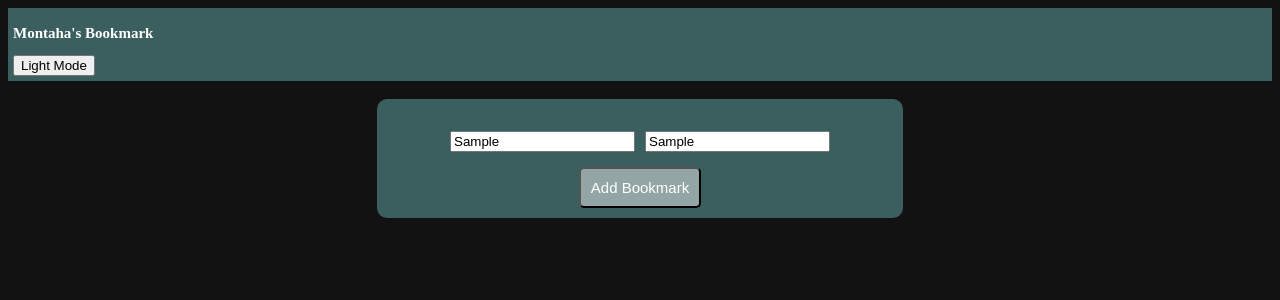
Repository: eidimontaha18-maker/finalproject
Page: index.html
These files come from the project's save history. The page is drawn as it stood at one moment and after the next save; the edit follows.
The browser window is 1280 px wide. The pictures show the whole page.
Empty fields were first filled with sample values (such as "Sample", 5 or name@example.com).
After loading, the first visible `#mode` was clicked once.

Above is the page before, as saved 2025-11-26 01:03:47.

### index.html
<!DOCTYPE html>
<html lang="en">
<head>
    <meta charset="UTF-8">
    <meta name="viewport" content="width=device-width, initial-scale=1.0">
    <title>Montaha's Bookmark</title>
    <link rel="stylesheet" href="style.css">
</head>
<body>
    <nav>
        <h1>Montaha's Bookmark</h1>
        <button id="mode">Mode</button>
    </nav>
    <br>
    <main>
        <div class="addbookmark">
            <input type="text" placeholder="Title" id="title" />
            <input type="text" placeholder="https://example.com" id="url" />
            <br>
            <button id="addbtn">Add Bookmark</button>
        </div>
        <div>
            <ul id="bookmark-list" class="bookmark-list"></ul>
        </div>
    </main>
     <script src="script.js"></script>
</body>
</html>

### style.css
.addbookmark{
    background-color: rgb(59, 94, 94);
    padding: 10px;
    width: 40%;
    margin: auto;
    border-radius: 10px;
    text-align: center;
    font-size: 40px;
}
#addbtn{
    background-color: rgb(147, 165, 165);
    color: white;
    padding: 10px;
    border-radius: 5px;
    font-size: 15px;
    cursor: pointer;
}

nav{
    background-color: rgb(59, 94, 94);
    text-align: left;
    padding:5px;
    margin-top: 0%;
    font-size: 10px;
    color: white;
    font-weight: bold;
}

.bookmark-list{
    width: auto;
    margin-top: 20px;
    padding: 0;
    list-style-type: none;
    font-size: 15px
}
.bookmark-list li{
    background-color: rgb(233, 240, 240);
    margin-bottom: 10px;
    padding: 10px;
    border-radius: 5px;
    display: flex;
    justify-content:right
}
.bookmark-list li a{
    color: rgb(36, 5, 173);
    text-decoration: none;
}
.openbtn{
    background-color: rgb(147, 165, 165);
    color: white;
    padding: 5px;
    border-radius: 5px;
    font-size: 12px;
    cursor: pointer;
    margin-left: auto;
}
.deletebtn{
    background-color: rgb(255, 99, 71);
    color: white;
    padding: 5px;
    border-radius: 5px;
    font-size: 12px;
    cursor: pointer;
    margin-left: 10px;
}
.dark-mode{
    background-color: #121212;
    color: white;
}

### script.js
let title = document.getElementById('title');
let url = document.getElementById('url');
let addbtn = document.getElementById('addbtn');

addbtn.addEventListener('click', function() {
    let titleValue = title.value.trim();
    let urlValue = url.value.trim();

    if (titleValue === '' || urlValue === '') {
        alert('Please fill in both fields.');
        return;
    }

    if (!/^https?:\/\//i.test(urlValue)) {
        alert('URL must start with http:// or https://');
        return;
    }

    let bookmarkList = document.getElementById('bookmark-list');
    let listItem = document.createElement('li');

    let link = document.createElement('a');
    link.href = urlValue;
    link.textContent = titleValue;
    link.target = '_blank';
    link.rel = 'noopener noreferrer';

    // Create Open button
    let openBtn = document.createElement('button');
    openBtn.textContent = 'Open';
    openBtn.className = 'openbtn';
    openBtn.addEventListener('click', function() {
        window.open(urlValue, '_blank');
    });

    // Create Delete button
    let deleteBtn = document.createElement('button');
    deleteBtn.textContent = 'Delete';
    deleteBtn.className = 'deletebtn';
    deleteBtn.addEventListener('click', function() {
        listItem.remove();
    });

    listItem.appendChild(link);
    listItem.appendChild(openBtn);
    listItem.appendChild(deleteBtn);
    bookmarkList.appendChild(listItem);

    title.value = '';
    url.value = '';
});

let modeBtn = document.getElementById('mode');
if (modeBtn) {
    modeBtn.textContent = 'Dark Mode';


    if (localStorage.getItem('darkMode') === 'true') {
        document.body.classList.add('dark-mode');
        modeBtn.textContent = 'Light Mode';
    }

    modeBtn.addEventListener('click', function() {
        document.body.classList.toggle('dark-mode');
        modeBtn.textContent = document.body.classList.contains('dark-mode') ? 'Light Mode' : 'Dark Mode';
        localStorage.setItem('darkMode', document.body.classList.contains('dark-mode'));
    });
}

After the next save:
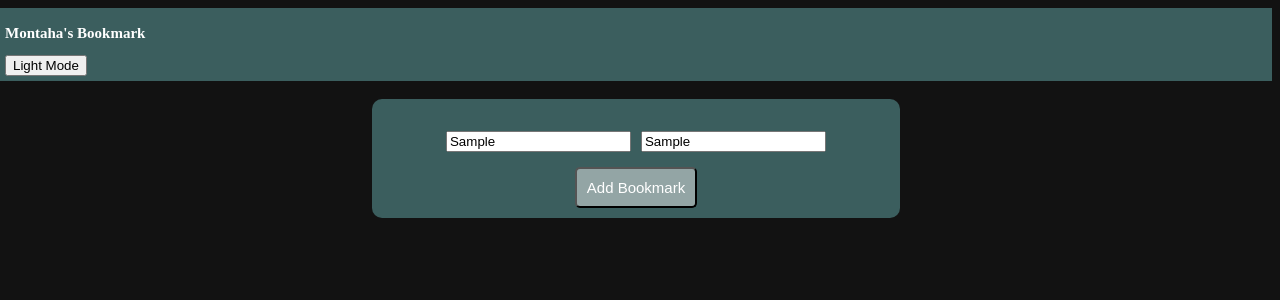
Saved 73 s later.
--- a/style.css
+++ b/style.css
@@ -66,4 +66,6 @@
 .dark-mode{
     background-color: #121212;
     color: white;
+    margin-left: auto;
+
 }

After the save that followed:
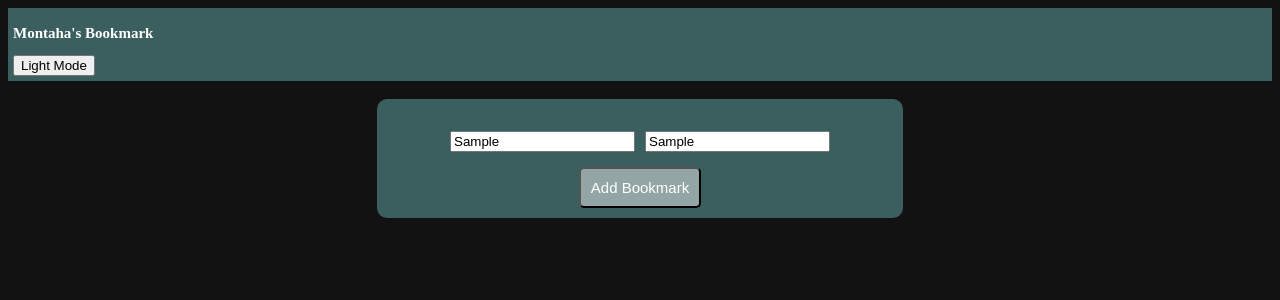
Saved 41 s later.
--- a/style.css
+++ b/style.css
@@ -66,6 +66,14 @@
 .dark-mode{
     background-color: #121212;
     color: white;
-    margin-left: auto;
 
 }
+.mode{
+    background-color: rgb(147, 165, 165);
+    color: white;
+    padding: 5px;
+    border-radius: 5px;
+    font-size: 12px;
+    cursor: pointer;
+    margin-left: 10px;
+}
